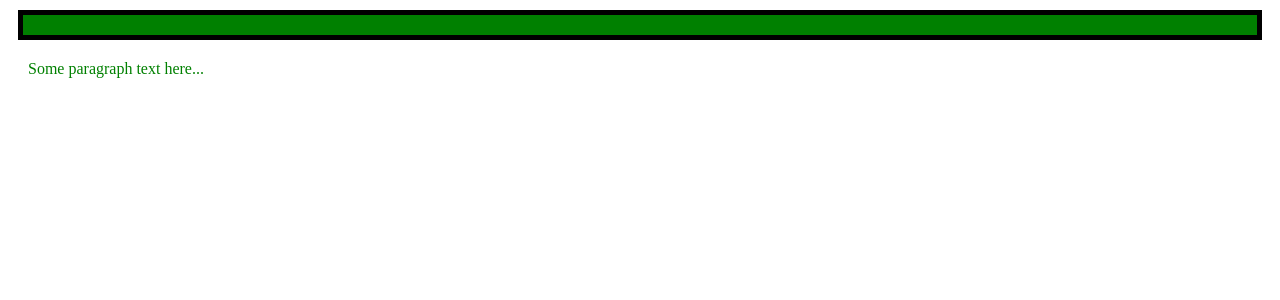
Repository: badiattila/cloud9test
Page: index.html
The author's editor kept a record of every edit. The page is drawn from the files as they stood at one moment, then again after the next edit.
The browser window is 1280 px wide. The pictures show the whole page.

Above is the page before.

### index.html
<!DOCTYPE html>
<html>
	<head>
		<title>Test Page</title>
		<link rel="stylesheet" href="css/style.css" type="text/css" />
	</head>
	<body>
	<header></header>
	<container>
		<p>Some paragraph text here...</p>
	</container>
	<footer></footer>
	</body>
</html>

### css/style.css
p {
    color: green;
    padding: 10px;
    margin: 10px;
}

header {
    background-color: green;
    padding: 10px;
    margin: 10px;
    border: 5px solid black;
}

After the next edit:
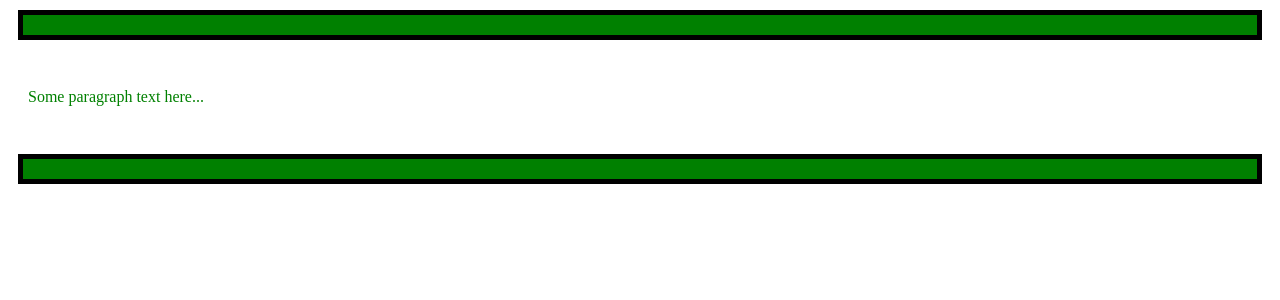
The edit:
--- a/css/style.css
+++ b/css/style.css
@@ -10,3 +10,16 @@ header {
     margin: 10px;
     border: 5px solid black;
 }
+
+container {
+    width: 80%;
+    padding: 10px;
+    margin: 10px;
+}
+
+footer {
+    background-color: green;
+    padding: 10px;
+    margin: 10px;
+    border: 5px solid black;
+}
